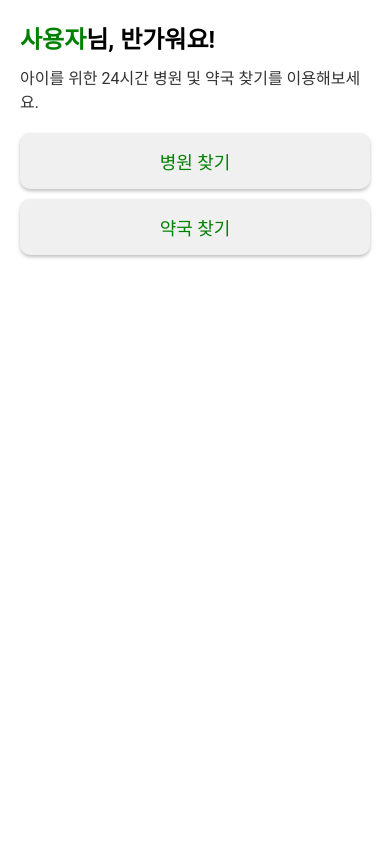
Repository: Sesac-icare/FrontEndiCare
Screen: / (app in iCare/)
An editor plug-in stored every save of this project. The screen is shown before and after the next save, followed by the edit.
The app was drawn by React Native's web renderer in a window 390 px wide. The project was rebuilt for these pictures with package versions that can differ from the ones it lists, and the page was loaded fresh each time. Some packages were replaced by stand-ins written for this rebuild.

Above is the screen before, as saved 2025-02-04 16:01:47.

After the next save:
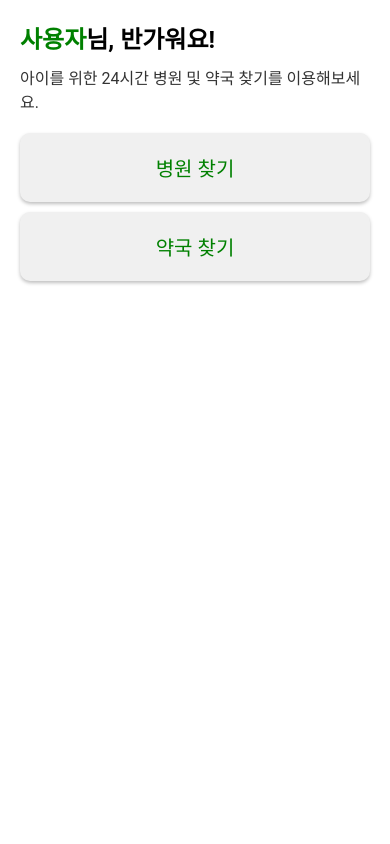
Saved 18 s later.
--- a/iCare/App.js
+++ b/iCare/App.js
@@ -161,7 +161,8 @@ const styles = StyleSheet.create({
   },
   button: {
     backgroundColor: "#f0f0f0",
-    padding: 15,
+    padding: 20,
+    width: "100%",
     borderRadius: 10,
     marginBottom: 10,
     alignItems: "center",
@@ -175,7 +176,7 @@ const styles = StyleSheet.create({
     shadowRadius: 3.84
   },
   buttonText: {
-    fontSize: 18,
+    fontSize: 20,
     color: "green"
     // fontFamily: "NotoSansKR" // 주석 처리
   }
